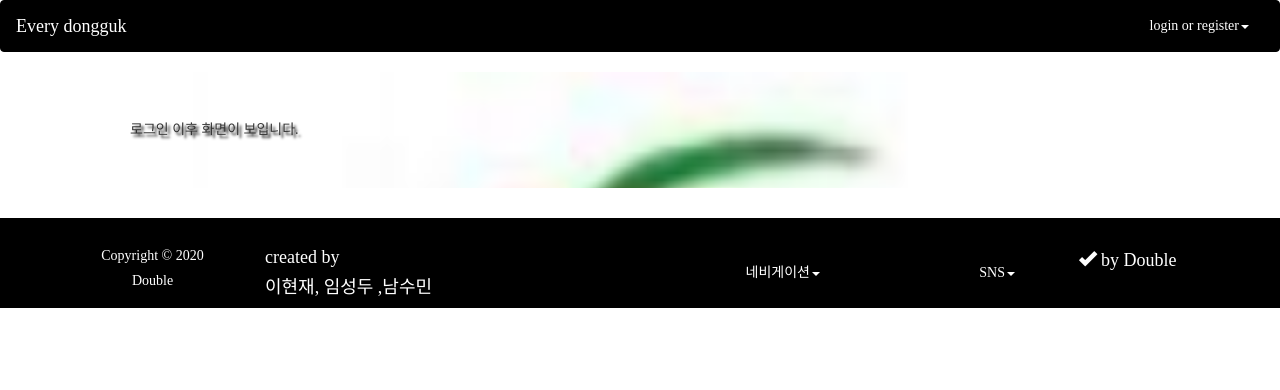
Repository: CSID-DGU/2020-1-ESCD-DOUBLE
Page: http://localhost/web/WEB-INF/views/template/index.jsp
The author's editor kept a copy of each file at every save. The page is drawn from the files as they stood at one save, then again after the next save.
The browser window is 1280 px wide. The pictures show the whole page.
Some web fonts or font styles are not loaded; a fallback is used. Some web libraries are served in a nearby version. The page is served by Tomcat 9. Nobody is signed in. Other server files are loaded and not shown. The template is opened directly, without the code that normally fills it, so the values that code supplies are empty.

Above is the page before, as saved 2020-05-01 16:05:20.

### web/src/main/webapp/WEB-INF/views/template/index.jsp
<%@ page language="java" contentType="text/html; charset=EUC-KR"
    pageEncoding="EUC-KR"%>
<%@ taglib prefix="c" uri="http://java.sun.com/jsp/jstl/core"%>
<!DOCTYPE html>
<html>
<head>
<meta charset="EUC-KR">
<title>Insert title here</title>
<link rel="stylesheet" href="resources/css/bootstrap.css">
<link rel="stylesheet" href="resources/css/customize.css">
</head>
<body>
<script src="https://code.jquery.com/jquery-3.1.1.min.js"></script>
<script src="resources/js/bootstrap.js"></script>



<style type="text/css">

.jumbotron{
text-shadow:black 0.2em 0.2em 0.2em;
color:white;
background-image:url('images/apple.png');
background-size:cover;
}

</style>
<%@include file="header.jsp"%>
<div class="container">
	<div class="jumbotron" style='background-image:url("resources/images/apple.png")'>

	<c:if test="${empty Sid }">
	<div>로그인 이후 화면이 보입니다.</div></c:if>
	<c:if test="${not empty Sid }">
<h1 class="text-center">${bank.getBname() }</h1>
<p class="text-center">${bank.getBrest() }</p>	<c:if test="${Siscouncil=='1' }">
<center><button onclick="location='/web/purchase'">구매 내역 등록하기</button></center>




	</c:if>
	<c:if test="${Siscouncil=='0'|| empty Siscouncil }">
		</c:if>

	<center><button onclick="location='/web/blistall'">회비 입출 내역 보기</button></center>
		</c:if>
	</div>




</div>
<%@include file="footer.jsp"%>

</body>
</html>

### web/src/main/webapp/WEB-INF/views/template/header.jsp
<%@ page language="java" contentType="text/html; charset=EUC-KR"
    pageEncoding="EUC-KR"%>
<!DOCTYPE html>
<html>
<head>
<meta charset="EUC-KR">
<title>Insert title here</title>
<link rel="stylesheet" href="resources/css/bootstrap.css">
<link rel="stylesheet" href="resources/css/customize.css">
</head>
<body>
<script src="https://code.jquery.com/jquery-3.1.1.min.js"></script>
<script src="resources/js/bootstrap.js"></script>
<%@taglib prefix= "c" uri= "http://java.sun.com/jsp/jstl/core" %>
<nav class="navbar navbar-default">
	<div class="container-fluid">

		<div class="navbar-header">
			<button type="button" class="navbar-toggle collapsed" data-toggle="collapse"
			data-target="#bs-example-navbar-collapse-1" aria-expanded="false"><!-- 크기를 줄였을때 나타나는 버튼 -->
				<span class="sr-only"></span>
				<span class="icon-bar"></span>
				<span class="icon-bar"></span>
				<span class="icon-bar"></span>
			</button>
			<a class="navbar-brand" href="index">Every dongguk</a>
		</div>

		<div class="collapse navbar-collapse" id="bs-example-navbar-collapse-1"><!-- 네비 중간 대부분을 차지함 -->

			<ul class="nav navbar-nav navbar-right">
				<li class="dropdown">
					<a href="#" class="dropdown-toggle" data-toggle="dropdown" role="button"
					aria-haspopup="true" aria-expanded="false"><c:if test="${empty Sid }">login or register</c:if><c:if test="${not empty Sid }">${Sid } 님 환영합니다.</c:if><span class="caret"></span></a>
					<ul class="dropdown-menu">

					<c:choose>
					<c:when test="${empty Sid }">
						<li><a href="login_form">로그인</a></li>
						<li><a href="register_form">회원가입</a></li>
					</c:when>
					<c:otherwise>
						<li><a href="logout">로그아웃</a></li>
						<li><a href="mypage">마이페이지(${Sid})</a></li>
						</c:otherwise>
						</c:choose>

					</ul>

				</li>
			</ul>

		</div>
	</div>
</nav>



</body>
</html>

### web/src/main/webapp/WEB-INF/views/template/footer.jsp
<%@ page language="java" contentType="text/html; charset=EUC-KR"
    pageEncoding="EUC-KR"%>
<!DOCTYPE html>
<html>
<head>
<meta charset="EUC-KR">
<title>Insert title here</title>
<link rel="stylesheet" href="resources/css/bootstrap.css">
<link rel="stylesheet" href="resources/css/customize.css">
</head>
<body>
<script src="https://code.jquery.com/jquery-3.1.1.min.js"></script>
<script src="resources/js/bootstrap.js"></script>

<style type="text/css">
#footul ,#footul2{
color:white;}
#footul:hover ,#footul2:hover{

background-color:black;


}
#footul:focus,#footul2:hover{
background-color:black;}

</style>

<footer style="background-color: #000000;color:#ffffff">
	<div class="container">
		<br>
		<div class="row">
			<div class="col-sm-2" style="text-align: center;"><h5>Copyright &copy; 2020</h5><h5>Double </h5></div>
			<div class="col-sm-4"><h4>created by<h4><p>이현재, 임성두 ,남수민</p></div>
			<div class="col-sm-2"><h4 style="text-align:center;"></h4>

						<ul class="nav navbar-nav navbar-right">
				<li class="dropdown">
					<a href="#" class="dropdown-toggle" data-toggle="dropdown" role="button"
					aria-haspopup="true" aria-expanded="false" id="footul">네비게이션<span class="caret"></span></a>
					<ul class="dropdown-menu">
						<li><a href="#">냐옹</a></li>
						<li><a href="#">멍멍</a></li>
					</ul>

				</li>
			</ul>
			</div>
			<div class="col-sm-2"><h4 style="text-align:center;"></h4>



							<ul class="nav navbar-nav navbar-right">
				<li class="dropdown">
					<a href="#" class="dropdown-toggle" data-toggle="dropdown" role="button"
					aria-haspopup="true" aria-expanded="false" id="footul2">SNS<span class="caret"></span></a>
					<ul class="dropdown-menu">
						<li><a href="#">뭔가 개발자 이메일 보내기?</a></li>
						<li><a href="#">뭐 그런거...</a></li>
					</ul>

				</li>
			</ul>

			</div>
			<div class="col-sm-2"><h4 style="text-align:center;"><span class="glyphicon glyphicon-ok"></span>&nbsp;by Double</h4></div>
	</div>


</div>
</footer>


</body>
</html>

### web/src/main/webapp/resources/css/customize.css
@import url(http://fonts.googleapis.com/earlyaccess/nanumgothic.css);
*{font-family:'Nanum Gothic';}
a{
	color:#000000;
	text-decoration:none;
}
a:hover{
	color:#bbbbbb;
	text-decoration:none;
	cursor:pointer;
}
.navbar-default{/*까만색!*/
	background-color:#000000;
	border-color:#000000;
}
.navbar-default .navbar-brand{
	color:#ffffff;/*하얀색!*/
}
.navbar-default .navbar-brand:hover,
.navbar-default .navbar-brand:focus{
	background-color:transparent;
	color:#bbbbbb;
}
.navbar-default .navbar-nav> .active>a,
.navbar-default .navbar-nav> .active>a:hover,
.navbar-default .navbar-nav> .active>a:focus{
	color:white;
	background-color:#000000;
}
.navbar-default .navbar-nav> li>a:hover,
.navbar-default .navbar-nav> li>a:focus{
	color:#bbbbbb;
}
.navbar-default .navbar-nav> .open>a,
.navbar-default .navbar-nav> .open>a:hover,
.navbar-default .navbar-nav> .open>a:focus{
	color:#000000;
	background-color:#ffffff;
	text-decoration:none;
}
.navbar-default .navbar-nav>li>a{
	color:white;
}
@media(max-width:767px){
	.navbar-default .navbar-nav .open .dropdown-menu>li>a{
	color:#ffffff;}
	.navbar-default .navbar-nav .open .dropdown-menu>li>a:hover,
	.navbar-default .navbar-nav .open .dropdown-menu>li>a:focus{
	color:#bbbbbb;}

}

Loaded but not shown: web/src/main/webapp/resources/css/bootstrap.css (library); web/src/main/webapp/resources/js/bootstrap.js (library)

After the next save:
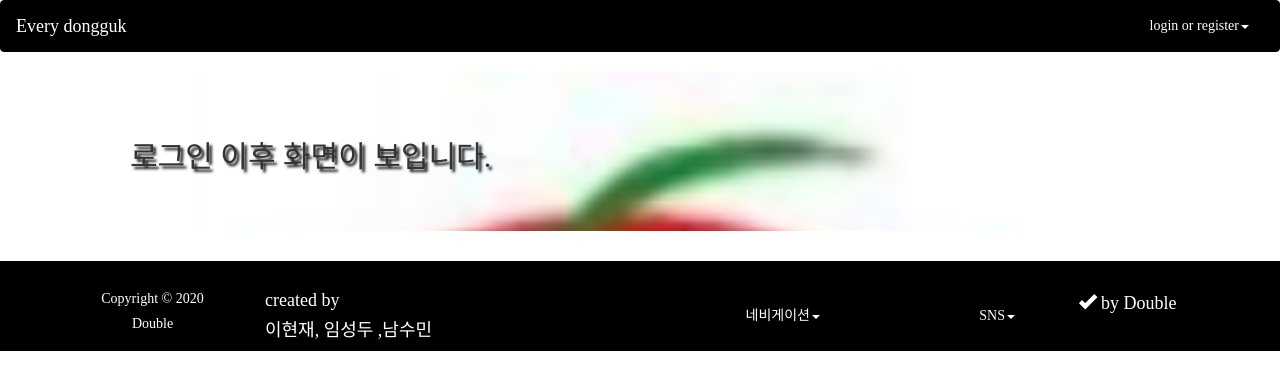
Saved 7 s later.
--- a/web/src/main/webapp/WEB-INF/views/template/index.jsp
+++ b/web/src/main/webapp/WEB-INF/views/template/index.jsp
@@ -30,7 +30,7 @@ background-size:cover;
 	<div class="jumbotron" style='background-image:url("resources/images/apple.png")'>
 
 	<c:if test="${empty Sid }">
-	<div>로그인 이후 화면이 보입니다.</div></c:if>
+	<div><h2>로그인 이후 화면이 보입니다.</h2></div></c:if>
 	<c:if test="${not empty Sid }">
 <h1 class="text-center">${bank.getBname() }</h1>
 <p class="text-center">${bank.getBrest() }</p>	<c:if test="${Siscouncil=='1' }">
